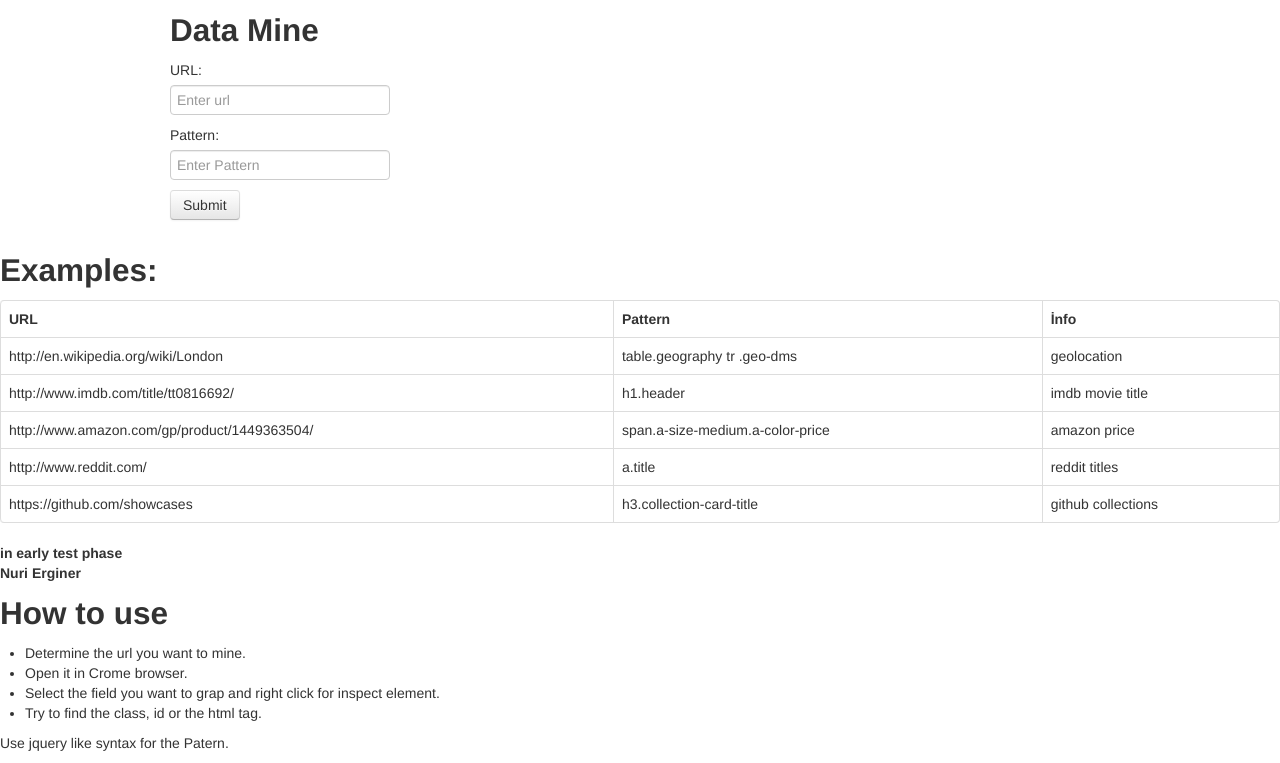
Repository: nerginer/datamine
Page: client/index.html
The author's editor kept a record of every edit. The page is drawn from the files as they stood at one moment, then again after the next edit.
The browser window is 1280 px wide. The pictures show the whole page.

Above is the page before.

### client/index.html
<!DOCTYPE html>
<html>
<head>
<meta charset="utf-8" />
<title>Data Mine</title>
<link rel="stylesheet" type="text/css" href="css/bootstrap.min.css">
</head>
<body>


<div class="container">
      <h2>Data Mine</h2>
       <form action="/" method="post">
        <div class="form-group">
          <label for="text">URL:</label>
          <input type="text" class="form-control" name="URL" placeholder="Enter url">
        </div>
        <div class="form-group">
          <label for="text">Pattern:</label>
          <input type="text" class="form-control" name="Pattern" placeholder="Enter Pattern">
        </div>

        <button type="submit" class="btn btn-default">Submit</button>
      </form>
</div>




            <h2>Examples:</h2>








<table class="table table-bordered">
  <tr>
    <th>URL</th>
    <th>Pattern</th>
    <th>İnfo</th>
  </tr>
  <tr>
    <td>http://en.wikipedia.org/wiki/London</td>
    <td>table.geography tr .geo-dms</td>
    <td>geolocation</td>
  </tr>
  <tr>
    <td>http://www.imdb.com/title/tt0816692/</td>
    <td>h1.header</td>
    <td>imdb movie title</td>
  </tr>
  <tr>
    <td>http://www.amazon.com/gp/product/1449363504/</td>
    <td>span.a-size-medium.a-color-price</td>
    <td>amazon price</td>
  </tr>
  <tr>
    <td>http://www.reddit.com/</td>
    <td>a.title</td>
    <td>reddit titles</td>
  </tr>
    <tr>
    <td>https://github.com/showcases</td>
    <td>h3.collection-card-title</td>
    <td>github collections</td>
  </tr>
</table>


<h5>in early test phase <br>
Nuri Erginer</h5>

<h2>How to use</h2>
<ul>
  <li>Determine the url you want to mine.</li>
  <li>Open it in Crome browser.</li>
  <li>Select the field you want to grap and right click for inspect element.</li>
  <li>Try to find the class, id or the html tag.</li>
</ul>


<p>  Use jquery like syntax for the Patern.</p>
</body>
</html>

Loaded but not shown: client/css/bootstrap.min.css (library)

After the next edit:
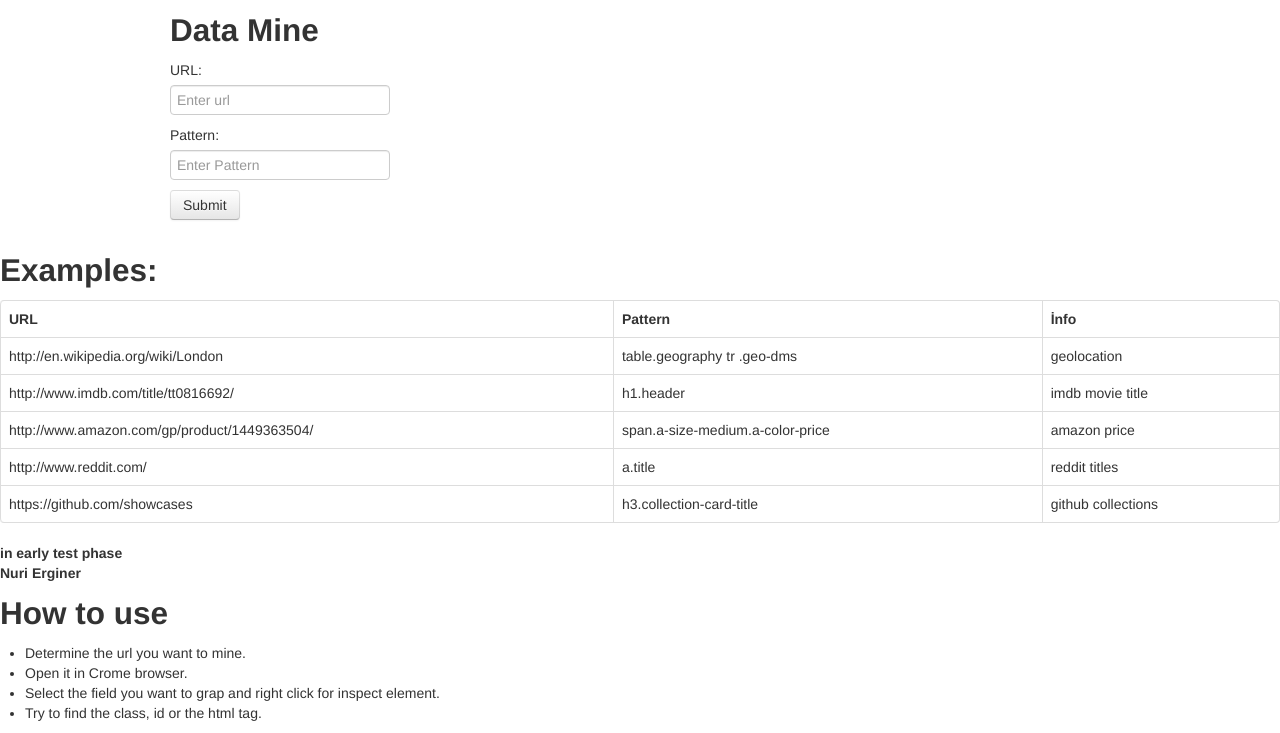
The edit:
--- a/client/index.html
+++ b/client/index.html
@@ -82,6 +82,6 @@
 </ul>
 
 
-<p>  Use jquery like syntax for the Patern.</p>
+
 </body>
 </html>
